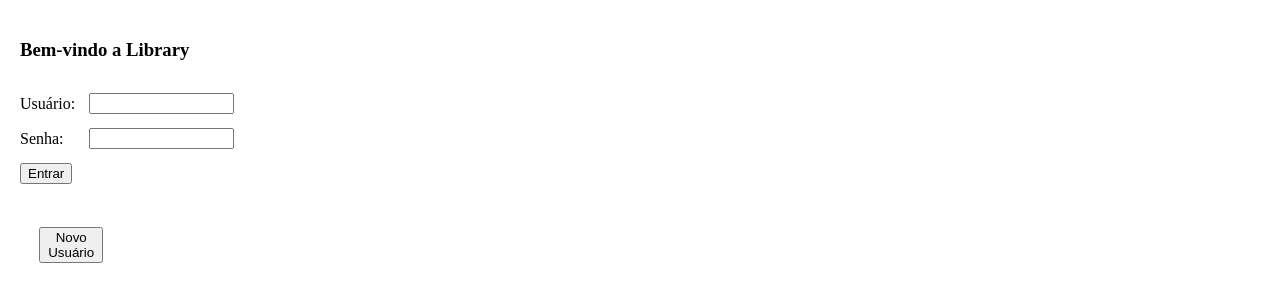
Repository: lmsmorais/ProjectEpiousion
Page: http://localhost/LibraryProject/
An editor plug-in stored every save of this project. The page is shown before and after the next save, followed by the edit.
The browser window is 1280 px wide. The pictures show the whole page.
The page is served by Tomcat 9. Other server files are loaded and not shown.

Above is the page before, as saved 2020-11-11 20:44:36.

### LibraryProject/WebContent/index.jsp
<%@ page language="java" contentType="text/html; charset=ISO-8859-1"
    pageEncoding="ISO-8859-1"%>
<!DOCTYPE html>
<html>
<head>
<meta charset="ISO-8859-1">
<title>Login</title>
	</head>
	<body>
		<form method="post" action='${pageContext.request.contextPath}/Login'>
			<table cellspacing="10" cellpadding="2" width="5%">
				<tr>
					<td colspan="2">
						<h3> Bem-vindo a Library</h3>
							<p>
					</td>
				</tr>
				<tr>
					<td>Usuário:</td>
					<td><input type="text" name="username" size="15"/></td>
				</tr>
				<tr>
					<td>Senha:</td>
					<td><input type="password" name="password" size="15"/></td>
				</tr>
				<tr>
					<td><button type="submit">Entrar</button></td>
				</tr>

			</table>
		</form>
		<form method="post" action='${pageContext.request.contextPath}/Login'>
		<table cellspacing="30" cellpadding="1" width="10%">
			<tr>
				<td><button type="submit">Novo Usuário</button></td>
			</tr>
		</table>
		</form>
	</body>
</html>

After the next save:
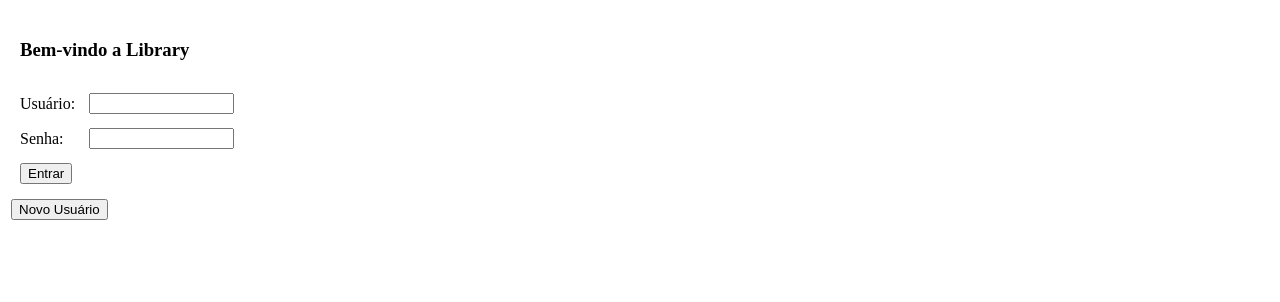
Saved 5 s later.
--- a/LibraryProject/WebContent/index.jsp
+++ b/LibraryProject/WebContent/index.jsp
@@ -30,7 +30,7 @@
 			</table>
 		</form>
 		<form method="post" action='${pageContext.request.contextPath}/Login'>
-		<table cellspacing="30" cellpadding="1" width="10%">
+		<table cellspacing="2" cellpadding="1" width="10%">
 			<tr>
 				<td><button type="submit">Novo Usuário</button></td>
 			</tr>
